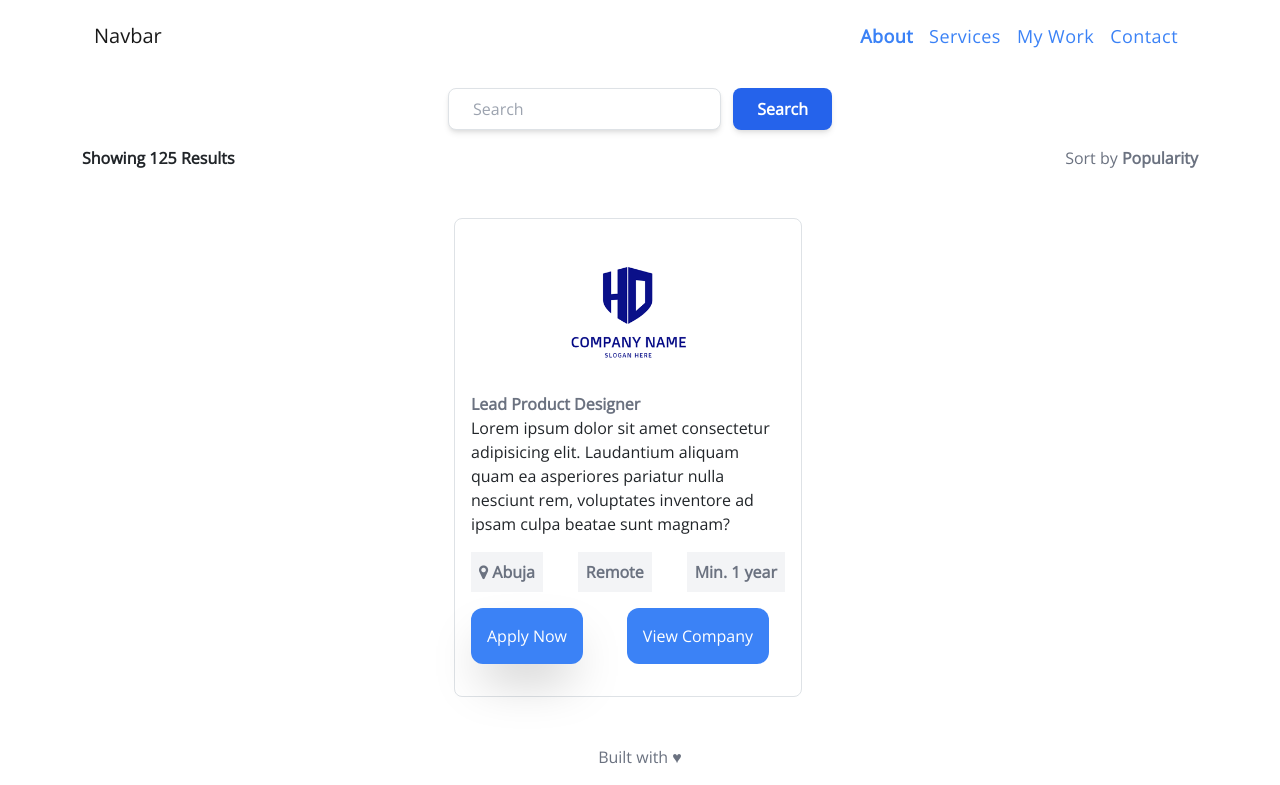
Repository: latenightsnacc/giggles
Page: HTML/search.html
The author's editor kept a copy of each file at every save. The page is drawn from the files as they stood at one save, then again after the next save.
The browser window is 1280 px wide. The pictures show the whole page.
Some web libraries are served in a nearby version.

Above is the page before, as saved 2021-01-04 12:09:16.

### HTML/search.html
<!DOCTYPE html>
<html lang="en">
<head>
    <meta charset="UTF-8">
    <meta name="viewport" content="width=device-width, initial-scale=1.0">
    <link href="https://cdnjs.cloudflare.com/ajax/libs/tailwindcss/2.0.2/tailwind.min.css" rel="stylesheet">
    <link rel="stylesheet" href="https://stackpath.bootstrapcdn.com/font-awesome/4.7.0/css/font-awesome.min.css" />
    <link href="https://cdn.jsdelivr.net/npm/bootstrap@5.0.0-beta1/dist/css/bootstrap.min.css" rel="stylesheet" integrity="sha384-giJF6kkoqNQ00vy+HMDP7azOuL0xtbfIcaT9wjKHr8RbDVddVHyTfAAsrekwKmP1" crossorigin="anonymous">
    <link rel="stylesheet" href="stylesheet.css">
    <title>Search Page</title>
</head>
<body class="overflow-x-hidden">
    <!--Navigation-->
    <header class="container">
        <nav class="navbar navbar-expand-lg navbar-light bg-white py-3">
            <div class="container-fluid">
                <a class="navbar-brand" href="search.html">Navbar</a>
                <button class="navbar-toggler" type="button" data-bs-toggle="collapse" data-bs-target="#navbarNavDropdown" aria-controls="navbarNavDropdown" aria-expanded="false" aria-label="Toggle navigation">
                    <span class="navbar-toggler-icon"></span>
                </button>
                <div class="collapse navbar-collapse" id="navbarNavDropdown">
                    <ul class="navbar-nav ml-auto">
                    <li class="nav-item">
                        <a class="nav-link text-lg hover:underline hover:font-bold tracking-wide leading-5 active" aria-current="page" href="#">About</a>
                    </li>
                    <li class="nav-item">
                        <a class="nav-link text-lg hover:underline hover:font-bold tracking-wide leading-5" href="#">Services</a>
                    </li>
                    <li class="nav-item">
                        <a class="nav-link text-lg hover:underline hover:font-bold tracking-wide leading-5" href="#">My Work</a>
                    </li>
                    <li class="nav-item">
                        <a class="nav-link text-lg hover:underline hover:font-bold tracking-wide leading-5" href="#">Contact</a>
                    </li>
                    </ul>
                </div>
            </div>
        </nav>
    </header>
    <main>
        <!-- search form-->
        <div class="container">
            <form class="flex w-full max-w-sm mx-auto space-x-3 my-3">
                <input class="flex-1 appearance-none border border-transparent w-full py-2 px-4 bg-white text-gray-700 placeholder-gray-400 shadow-md rounded-lg text-base focus:outline-none focus:ring-2 focus:ring-blue-600 focus:border-transparent" type="search" placeholder="Search">
                <button class="flex-shrink-0 bg-blue-600 text-white text-base font-semibold py-2 px-4 rounded-lg shadow-md hover:bg-blue-700 focus:outline-none focus:ring-2 focus:ring-blue-500 focus:ring-offset-2 focus:ring-offset-blue-200" type="submit">
                  Search
                </button>
            </form>
        </div>

        <div class="container">
            <div class="flex flex-row w-100 justify-between">
                <div class="font-bold">Showing 125 Results</div>
                <div class="text-gray-500">Sort by <span class="font-semibold">Popularity</span> </div>
            </div>
        </div>

        <div class="container my-5">
            <div class="row flex justify-center items-center w-100">
                <div class="col-xs-12 col-sm-12 col-md-4 col-lg-4">
                    <div class="max-w-sm hover:shadow-2xl border mx-auto p-3 rounded-lg">
                        <a href="#" class="flex justify-center">
                            <img src="assets/logo.png" alt="company-logo" style="max-width: 50%;">
                        </a>
                        <div class="text-gray-500 font-bold">Lead Product Designer</div>
                        <p>Lorem ipsum dolor sit amet consectetur adipisicing elit. Laudantium aliquam quam ea asperiores pariatur nulla nesciunt rem, voluptates inventore ad ipsam culpa beatae sunt magnam?</p>
                        <div class="flex flex-row justify-between">
                            <span class="bg-gray-100 text-gray-500 p-2 font-semibold"><i class="fa fa-map-marker"></i> Abuja</span>
                            <span class="bg-gray-100 text-gray-500 p-2 font-semibold">Remote</span>
                            <span class="bg-gray-100 text-gray-500 p-2 font-semibold">Min. 1 year</span>
                        </div>
                        <div class="flex flex-row justify-between">
                            <button class="bg-blue-500 hover:bg-blue-700 text-white p-3 semi-bold rounded-xl shadow-2xl my-3">Apply Now</button>
                            <button class="bg-blue-500 hover:bg-blue-700 text-white p-3 semi-bold rounded-xl hover:shadow-2xl my-3 mx-3">View Company</button>
                        </div>
                    </div>
                </div>
            </div>
        </div>
    </main>
    <footer class="text-center text-l text-blue-500 font-semibold">

        <p class="text-gray-500">Built with &hearts;</p>

    <script src="https://cdn.jsdelivr.net/npm/bootstrap@5.0.0-beta1/dist/js/bootstrap.bundle.min.js" integrity="sha384-ygbV9kiqUc6oa4msXn9868pTtWMgiQaeYH7/t7LECLbyPA2x65Kgf80OJFdroafW" crossorigin="anonymous"></script>

</body>
</html>

### HTML/stylesheet.css
@import url('https://fonts.googleapis.com/css2?family=Montserrat:wght@400;700&family=Open+Sans:wght@300;400&display=swap');

h1, h2, h3, h4, h5, h6 {
    font-family: 'Montserrat', sans-serif;
}
.user-info h1 {
    line-height: 60px;
    font-size: 50px;
    font-weight: 700;
    margin-top: 20px;
}
.user-info h2 {
    line-height: 27px;
    font-size: 18px;
    font-weight: 400;
    margin-top: 15px;
}
.user-info span {
    line-height: 36px;
    font-size: 30px;
    font-weight: 600;
}
.user-info p {
    margin: 5px 0;
}
.user-info button {
    margin-top: 10px;
}
p, div, a, button {
    font-family: 'Open Sans', sans-serif;
    font-weight: 300;
}

.work-experience .row:hover .text {
    border:2px solid  #3b82f6;

}
.work-experience .row:hover .flex .no {
    border:1px solid #3b82f6;

}
.nav-link {
    color: #3b82f6 !important;
}
.nav-item .active{
    font-weight: 600;
}

After the next save:
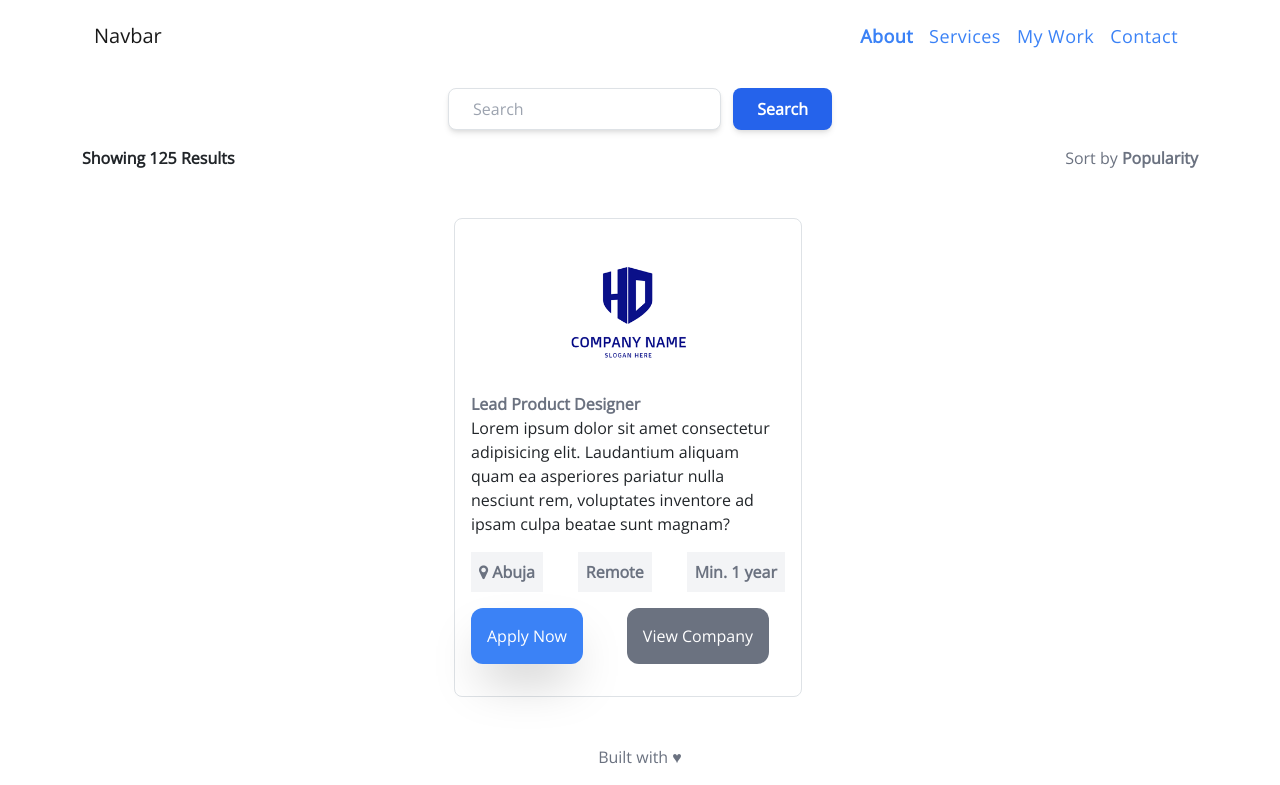
Saved 25 s later.
--- a/HTML/search.html
+++ b/HTML/search.html
@@ -71,7 +71,7 @@
                         </div>
                         <div class="flex flex-row justify-between">
                             <button class="bg-blue-500 hover:bg-blue-700 text-white p-3 semi-bold rounded-xl shadow-2xl my-3">Apply Now</button>
-                            <button class="bg-blue-500 hover:bg-blue-700 text-white p-3 semi-bold rounded-xl hover:shadow-2xl my-3 mx-3">View Company</button>
+                            <button class="bg-gray-500 hover:bg-blue-700 text-white p-3 semi-bold rounded-xl hover:shadow-2xl my-3 mx-3">View Company</button>
                         </div>
                     </div>
                 </div>
